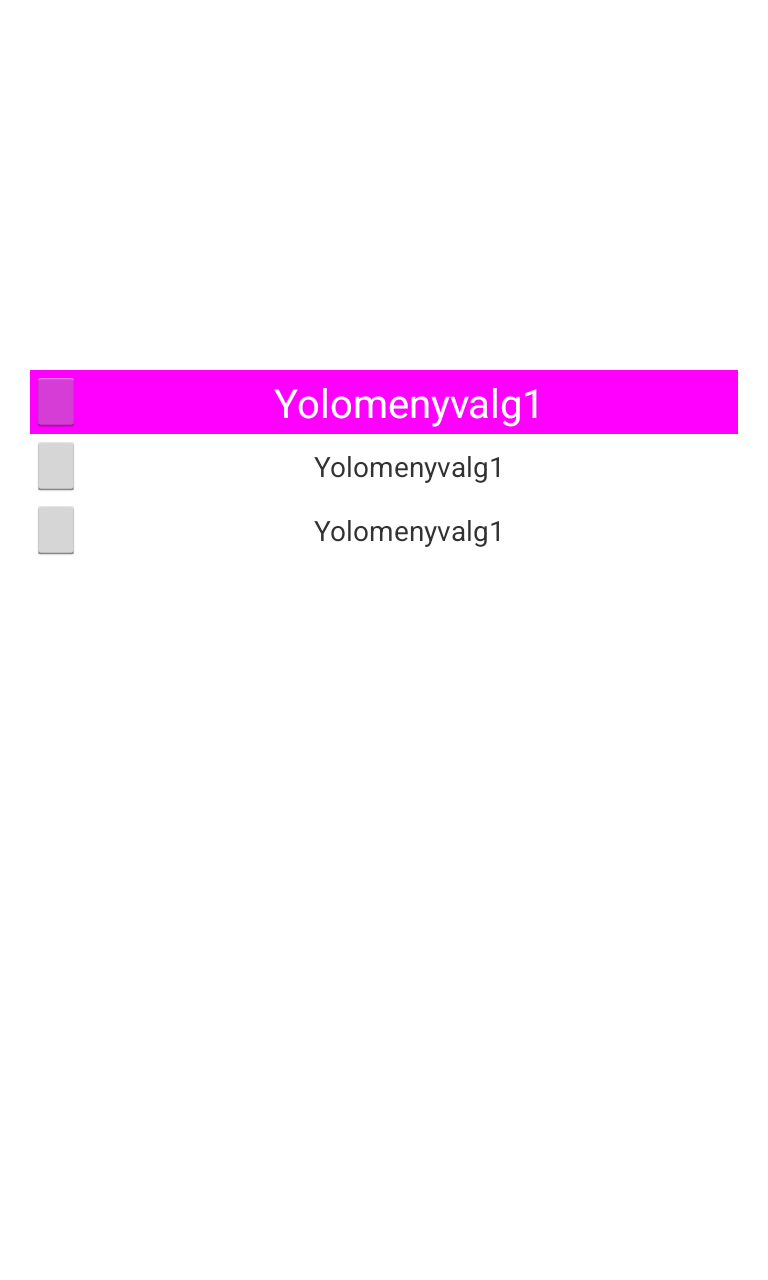
Repository: pumalove/workspace
Layout: MainActivity/res/layout/gridview.xml
An editor plug-in stored every save of this project. The layout is shown before and after the next save, followed by the edit.
It is drawn on a 768 x 1280 px phone screen (xhdpi) without system bars, with theme AppTheme; the app's code is not run. Lists and similar views that code fills are empty.

Above is the layout before, as saved 2014-03-17 11:57:38.

### MainActivity/res/layout/gridview.xml
<?xml version="1.0" encoding="utf-8"?>
<LinearLayout xmlns:android="http://schemas.android.com/apk/res/android"
    android:layout_width="match_parent"
    android:layout_height="wrap_content"
    android:orientation="vertical"
    android:padding="15dp">

    <LinearLayout
        android:layout_marginBottom="20dp"
        android:layout_width="fill_parent"
        android:layout_height="wrap_content">

        <GridView
            android:id="@+id/gridview"
            android:layout_width="fill_parent"
            android:layout_height="150dp"
            android:columnWidth="90dp"
            android:numColumns="auto_fit"
            android:verticalSpacing="10dp"
            android:horizontalSpacing="10dp"
            android:stretchMode="columnWidth"
            android:gravity="center"
            />
	</LinearLayout>


    <LinearLayout
        android:id="@+id/linearlayout2"
        android:layout_width="fill_parent"
        android:layout_height="wrap_content"
        android:layout_gravity="center"
        android:orientation="vertical"
        android:layout_below="@id/gridview">

        <LinearLayout
            android:id="@+id/customButton1"
            android:layout_width="fill_parent"
            android:layout_height="wrap_content"
            android:orientation="horizontal"
            android:clickable="true"
            android:background="#FF00FF"
            >


            <ImageButton
                android:id="@+id/imageButton"
                android:layout_width="wrap_content"
                android:layout_height="wrap_content"
                android:layout_gravity="left"
                />
			<LinearLayout
			    android:layout_width="fill_parent"
            	android:layout_height="wrap_content"
            	android:gravity="center"
            	android:layout_gravity="center" >
            	<TextView
                	android:layout_width="wrap_content"
                	android:layout_height="wrap_content"
                	android:layout_gravity="center"
                	android:text="Yolomenyvalg1"
                	android:textColor="#FFFFFF"
                	android:textSize="20dp"/>
			</LinearLayout>
		</LinearLayout>


        <LinearLayout
            android:id="@+id/customButton2"
            android:layout_width="fill_parent"
            android:layout_height="wrap_content"
            android:orientation="horizontal"
            android:gravity="center"
            android:clickable="true">

            <ImageButton
                android:layout_width="wrap_content"
                android:layout_height="wrap_content"
                android:id="@+id/imageButton2"
                android:layout_gravity="center"
                />

           <LinearLayout
			    android:layout_width="fill_parent"
            	android:layout_height="wrap_content"
            	android:gravity="center"
            	android:layout_gravity="center" >
            	<TextView
                	android:layout_width="wrap_content"
                	android:layout_height="wrap_content"
                	android:layout_gravity="center"
                	android:text="Yolomenyvalg1"/>
			</LinearLayout>

        </LinearLayout>

        <LinearLayout
            android:id="@+id/customButton3"
            android:layout_width="fill_parent"
            android:layout_height="wrap_content"
            android:orientation="horizontal"
            android:gravity="center"
            android:clickable="true">

            <ImageButton
                android:layout_width="wrap_content"
                android:layout_height="wrap_content"
                android:id="@+id/imageButton3"
                android:layout_gravity="center"
                />

            <LinearLayout
			    android:layout_width="fill_parent"
            	android:layout_height="wrap_content"
            	android:gravity="center"
            	android:layout_gravity="center" >
            	<TextView
                	android:layout_width="wrap_content"
                	android:layout_height="wrap_content"
                	android:layout_gravity="center"
                	android:text="Yolomenyvalg1"/>
			</LinearLayout>

        </LinearLayout>
    </LinearLayout>



</LinearLayout>

Loaded but not shown: MainActivity/res/values/styles.xml (common file); MainActivity/res/values-v11/styles.xml (common file); MainActivity/res/values-v14/styles.xml (common file)

After the next save:
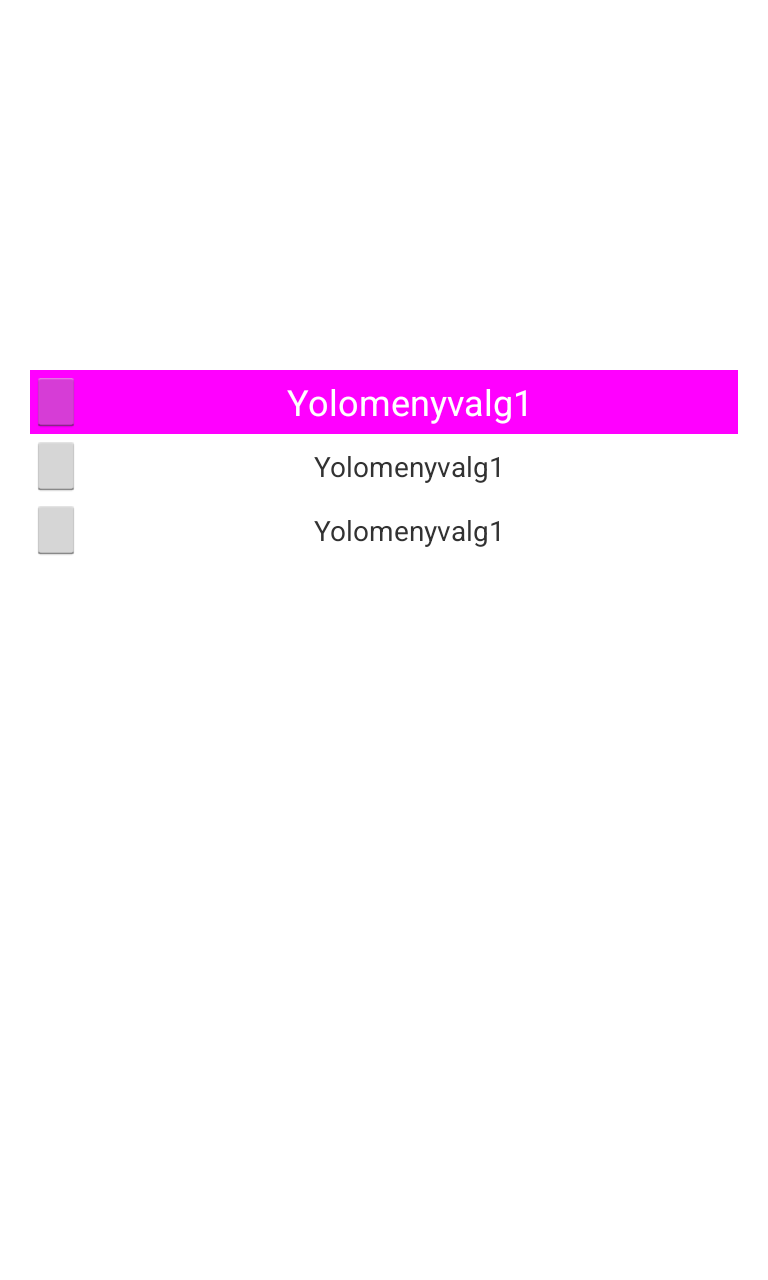
Saved 13 s later.
--- a/MainActivity/res/layout/gridview.xml
+++ b/MainActivity/res/layout/gridview.xml
@@ -59,7 +59,7 @@
                 	android:layout_gravity="center"
                 	android:text="Yolomenyvalg1"
                 	android:textColor="#FFFFFF"
-                	android:textSize="20dp"/>
+                	android:textSize="18dp"/>
 			</LinearLayout>
 		</LinearLayout>
 
